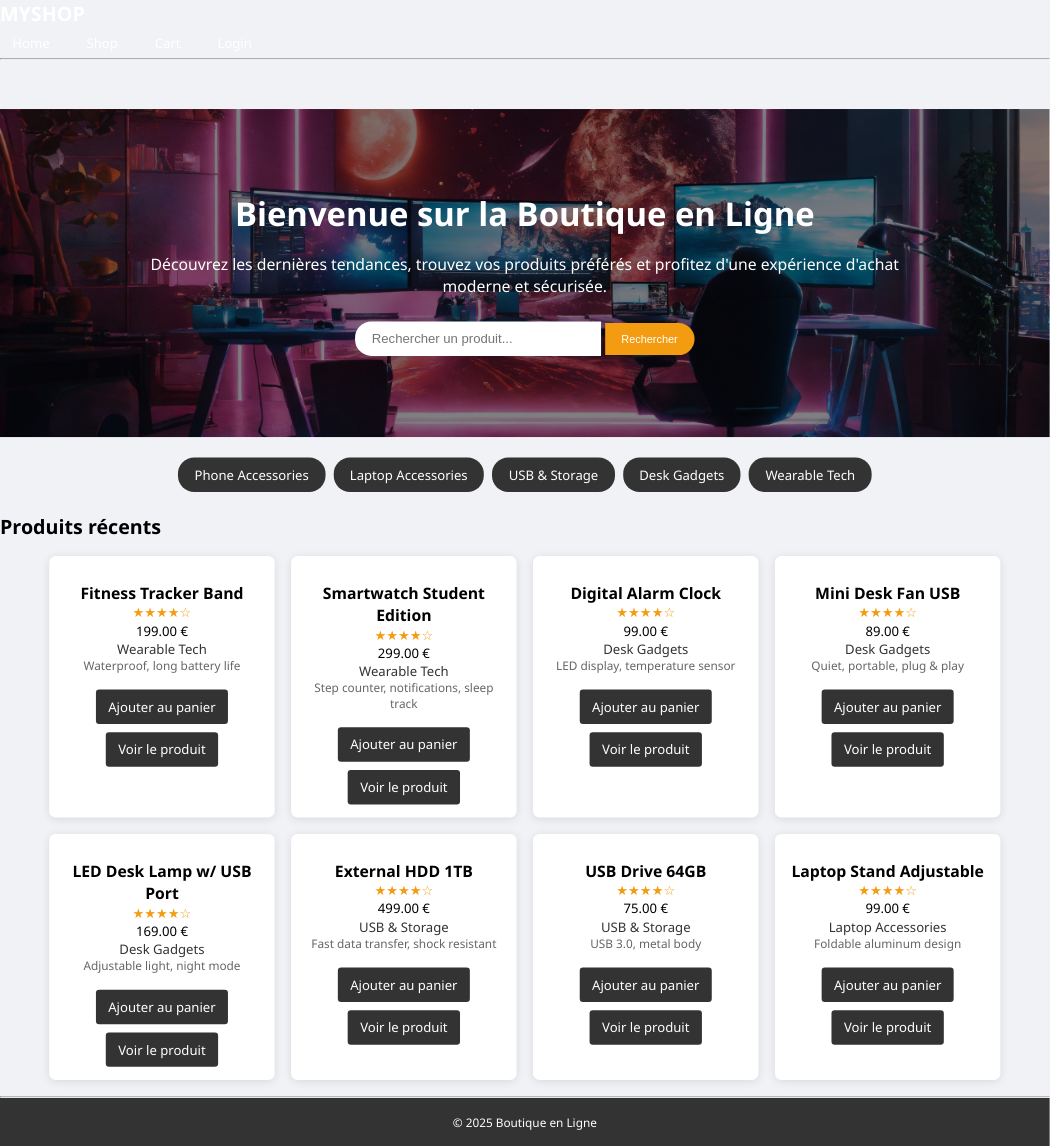
Repository: kiraj-walid/ecomerce
Page: http://localhost/
An editor plug-in stored every save of this project. The page is shown before and after the next save, followed by the edit.
The browser window is 1280 px wide. The pictures show the whole page, at 82% of full size.
The page is run by PHP 8.4 with error messages shown; the project is at /var/www/html/. The database holds what the project's SQL file puts in it. Queries for data that is not in the repository find no rows.

Above is the page before, as saved 2025-05-07 15:11:46.

After the next save:
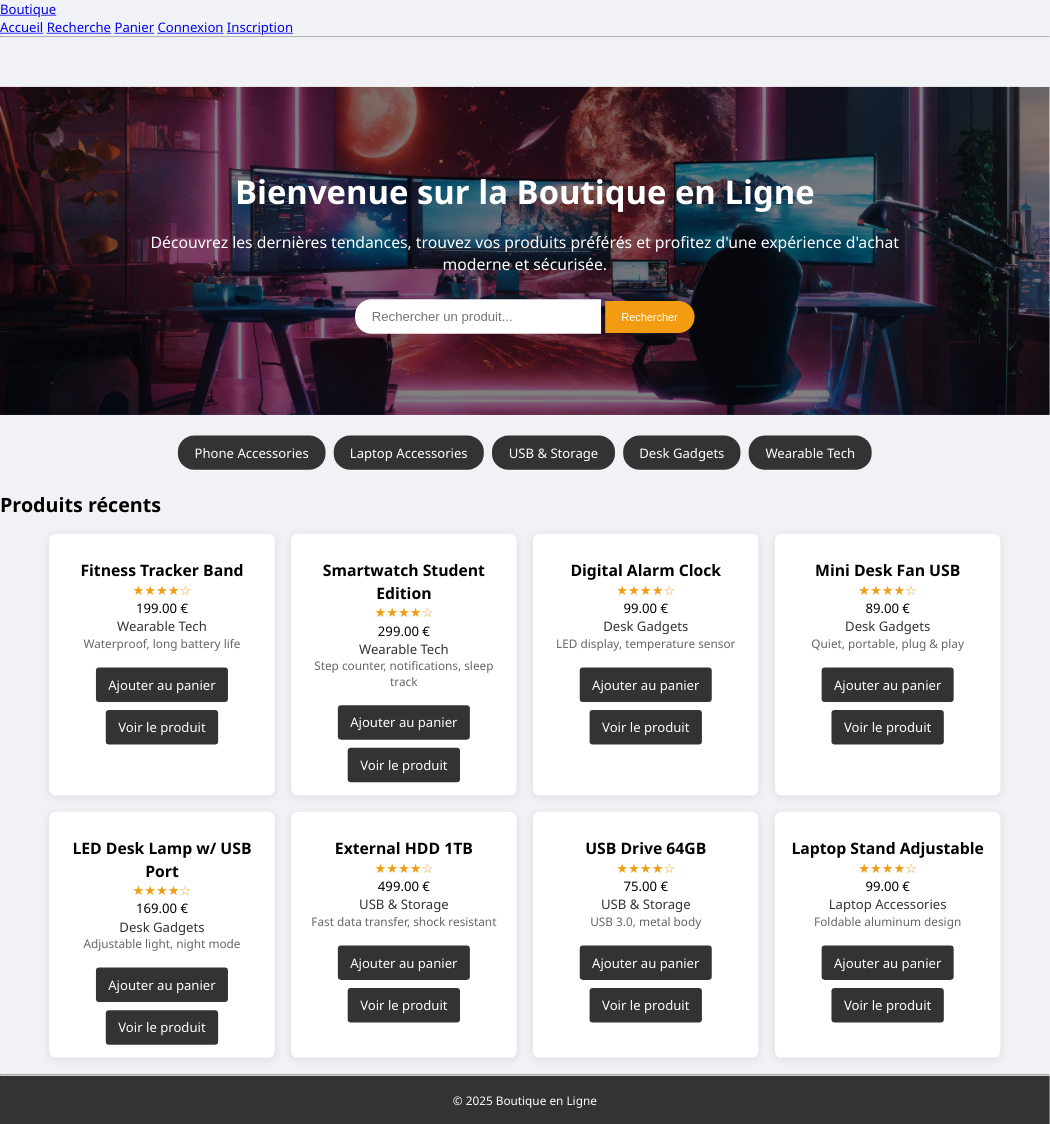
Saved 3 s later.
--- a/includes/header.php
+++ b/includes/header.php
@@ -9,7 +9,7 @@ require_once __DIR__ . '/functions.php';
     <link rel="stylesheet" href="assets/css/style.css">
 </head>
 <body>
-<!-- <nav class="navbar">
+<nav class="navbar">
     <div class="navbar-container">
         <a href="index.php" class="navbar-logo">Boutique</a>
         <div class="navbar-links">
@@ -29,16 +29,5 @@ require_once __DIR__ . '/functions.php';
             <?php endif; ?>
         </div>
     </div>
-</nav> -->
-<nav class="navbar">
-    <div class="navbar-container">
-        <a href="#" class="logo">MyShop</a>
-        <div class="nav-links">
-            <a href="index.php">Home</a>
-            <a href="shop.php">Shop</a>
-            <a href="cart.php">Cart</a>
-            <a href="login.php">Login</a>
-        </div>
-    </div>
 </nav>
 <hr>
